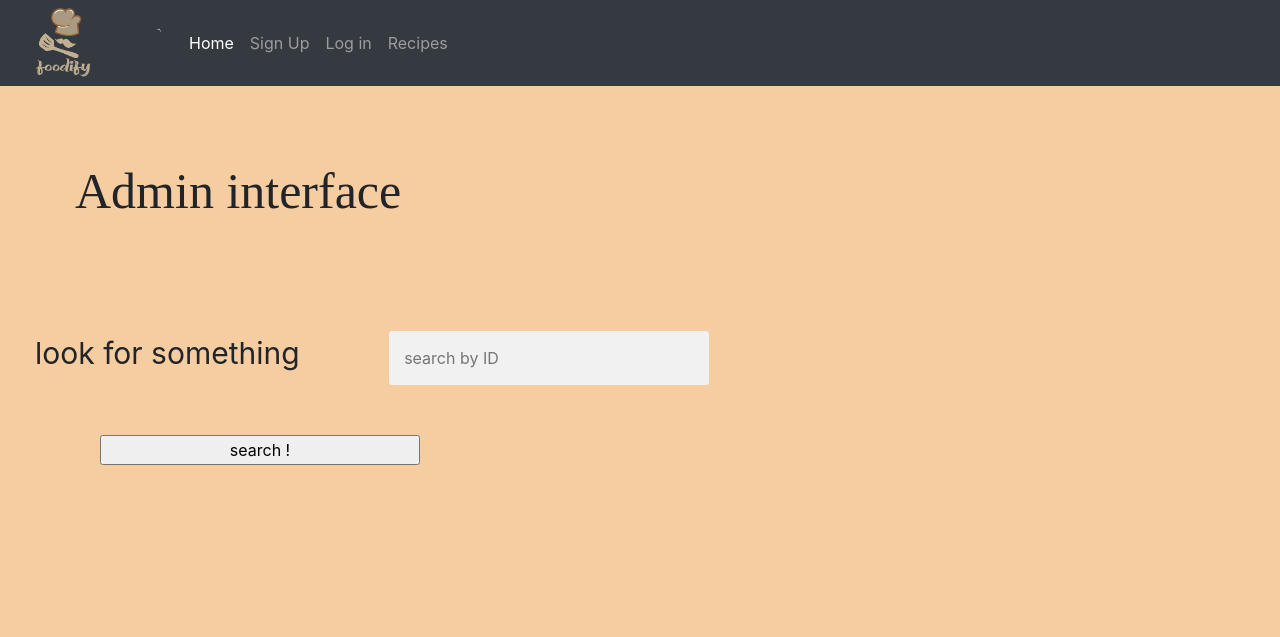
Repository: RanaHisham18/Foodify-Web-App
Page: http://localhost/Project IA raghda/admin.php
An editor plug-in stored every save of this project. The page is shown before and after the next save, followed by the edit.
The browser window is 1280 px wide. The pictures show the whole page.
The page is run by PHP 8.4 with error messages shown; the project is at /var/www/html/.

Above is the page before, as saved 2022-01-06 16:53:46.

After the next save:
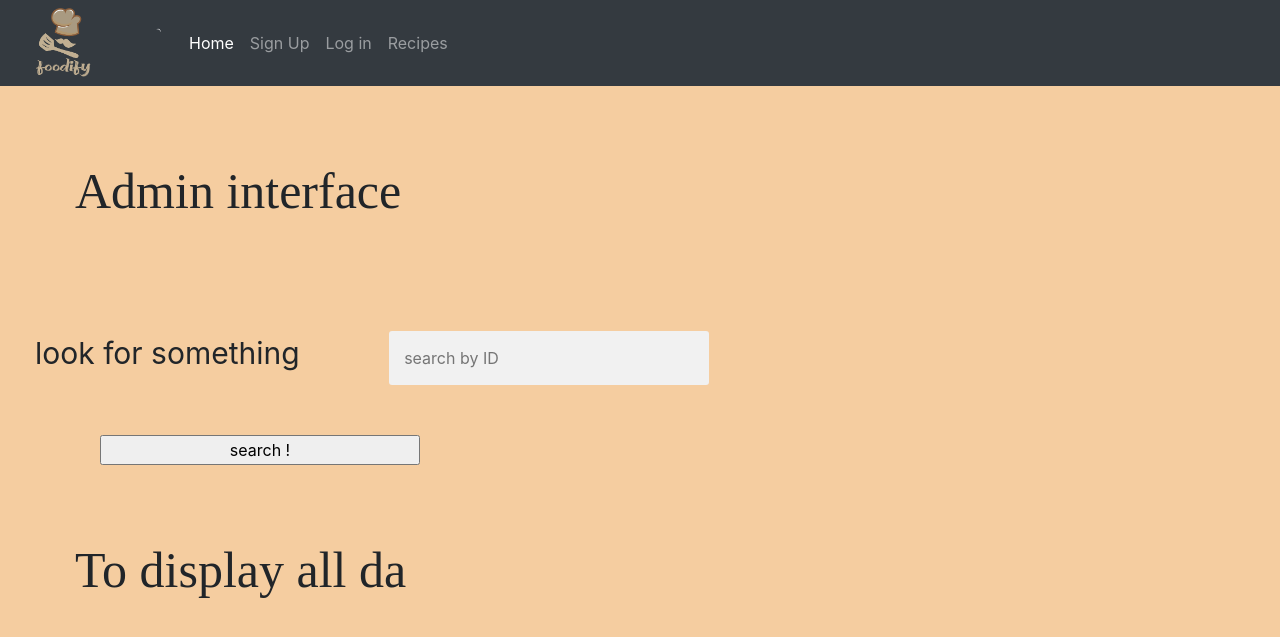
Saved 8 s later.
--- a/Project IA raghda/admin.php
+++ b/Project IA raghda/admin.php
@@ -97,7 +97,7 @@ else{
 
 
 ?>
- <h2> </h2>
+ <h2> To display all da</h2>
 <script src="https://cdn.jsdelivr.net/npm/bootstrap@5.1.3/dist/js/bootstrap.bundle.min.js" integrity="sha384-ka7Sk0Gln4gmtz2MlQnikT1wXgYsOg+OMhuP+IlRH9sENBO0LRn5q+8nbTov4+1p" crossorigin="anonymous"></script>
 </body>
 </html>
